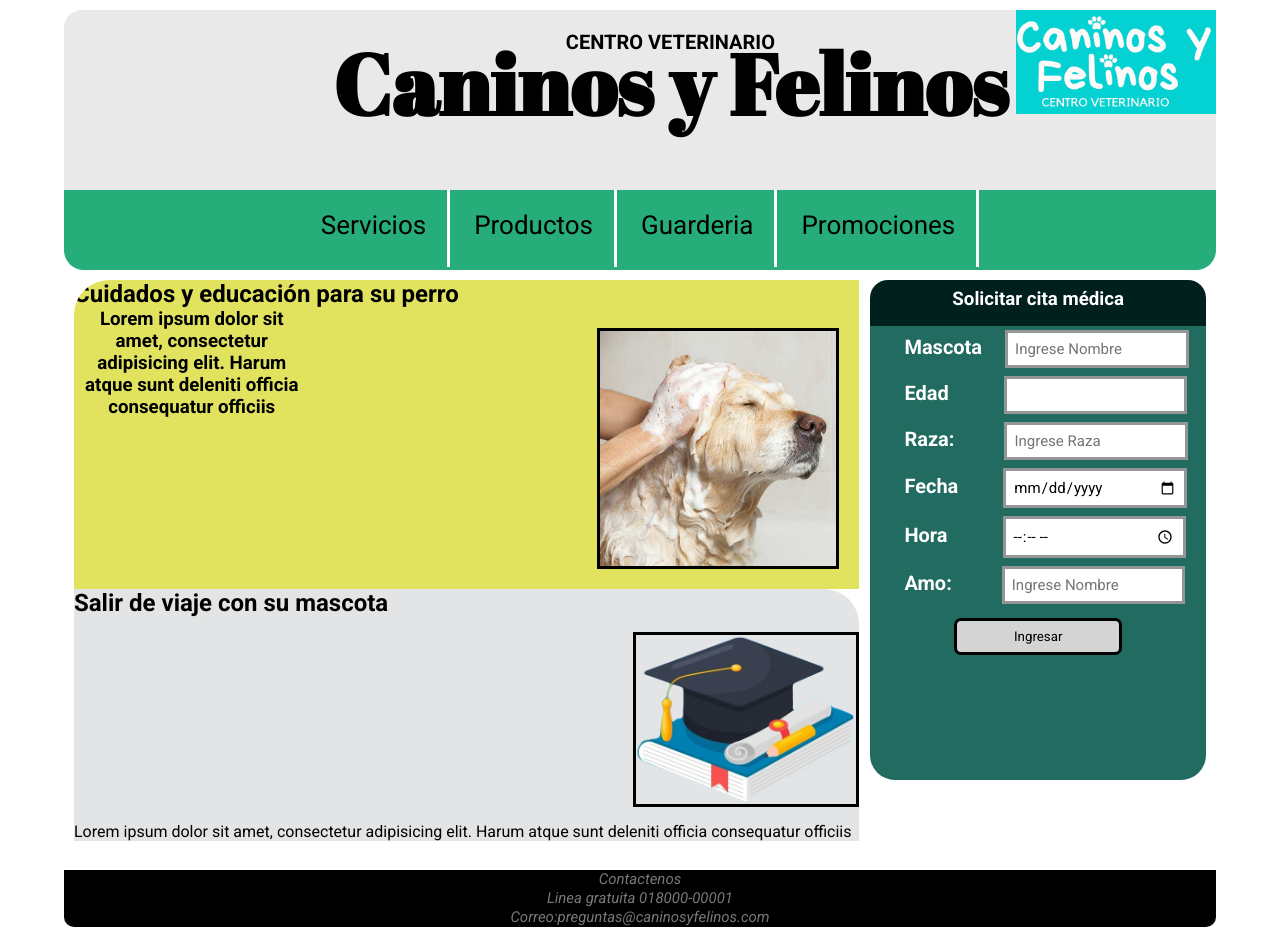
Repository: NickArregoces/Veterinaria
Page: Index.html
These files come from the project's save history. The page is drawn as it stood at one moment and after a run of saves; the edit follows.
The browser window is 1280 px wide. The pictures show the whole page.

Above is the page before, as saved 2021-10-05 17:09:24.

After the next 2 saves:
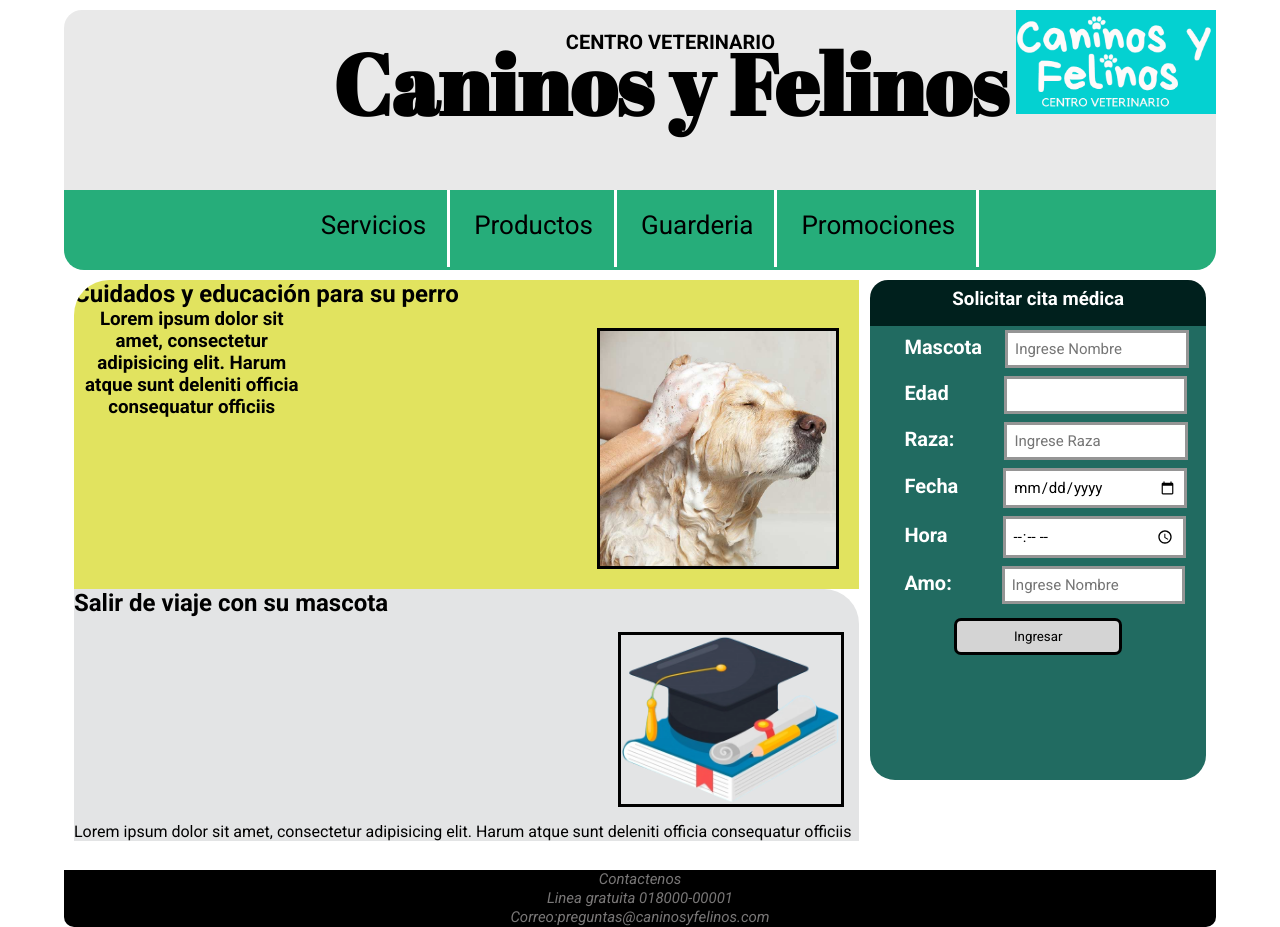
The 2 saves are shown as one change because they came seconds apart.
The last was saved 7 s later.
--- a/CSS/Style.css
+++ b/CSS/Style.css
@@ -184,8 +184,7 @@ aside{
      }
         div.Viajes img {
             width: 220px;
-            margin-top: 15px;
-            margin-bottom: 15px;
+            margin: 15px;
             border: solid black;
         }
         div.Viajes p{
